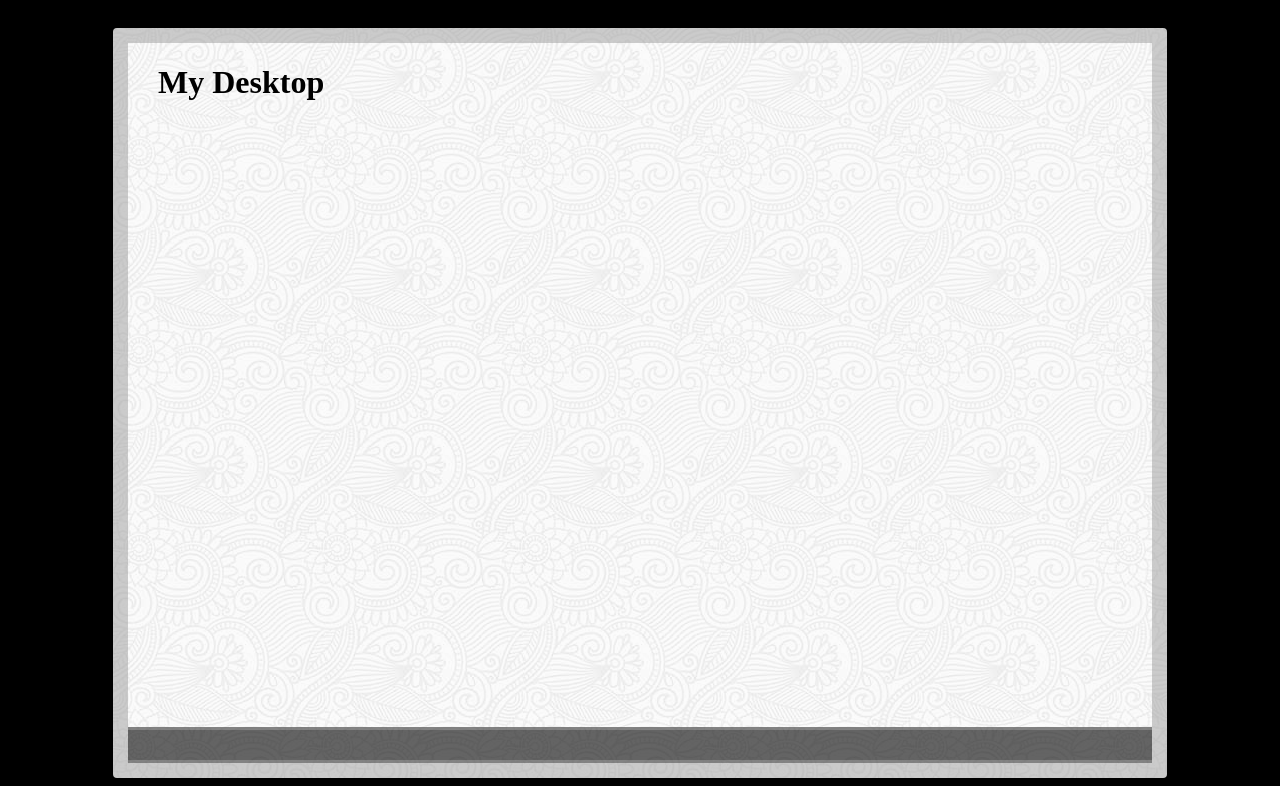
Repository: lw222gu/1dv403-laborationer
Page: 5-pwd/index.html
The author's editor kept a record of every edit. The page is drawn from the files as they stood at one moment, then again after the next edit.
The browser window is 1280 px wide. The pictures show the whole page.
Some web fonts or font styles are not loaded; a fallback is used.

Above is the page before.

After the next edit:
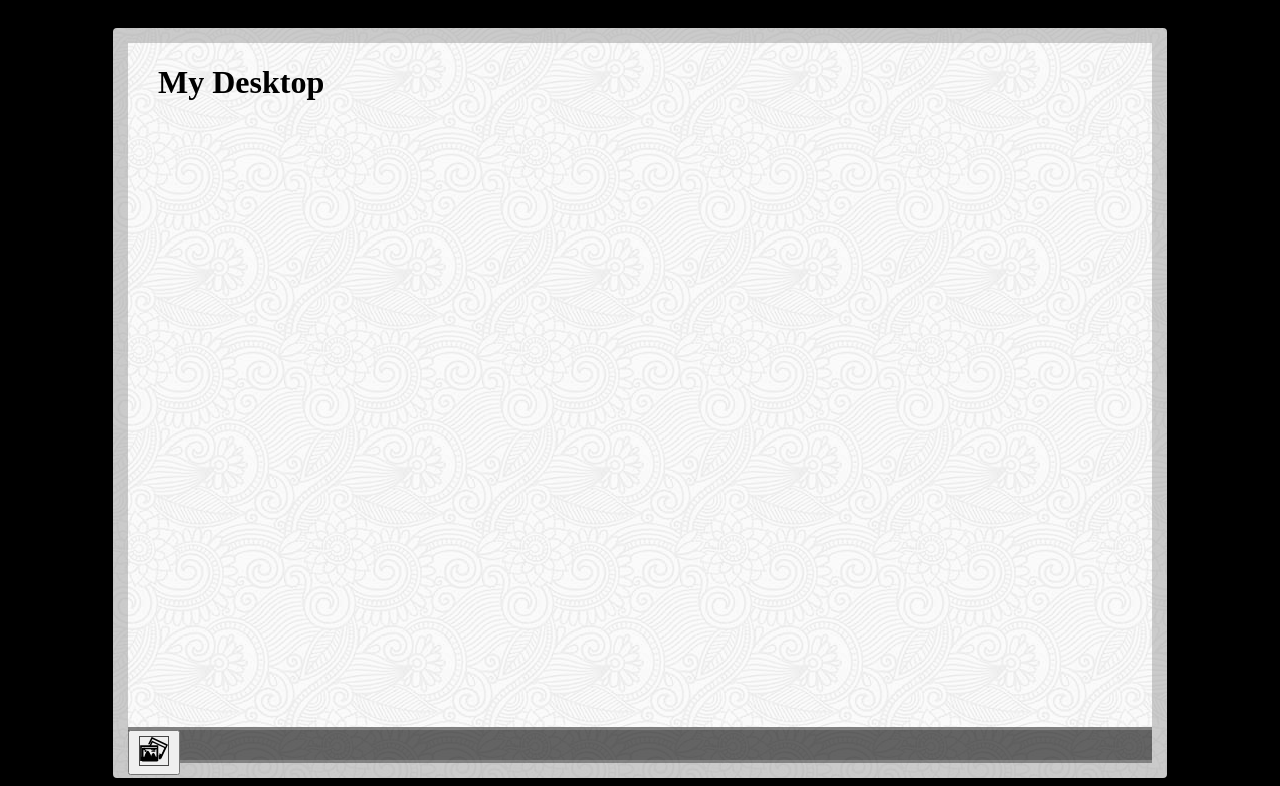
The edit:
--- a/5-pwd/index.html
+++ b/5-pwd/index.html
@@ -29,7 +29,8 @@
             </div>
 
             <div id = "menubar">
-
+                <button>
+                <img id = "photosbutton" src="css/pics/photos.svg" />
             </div>
 
         </div>
